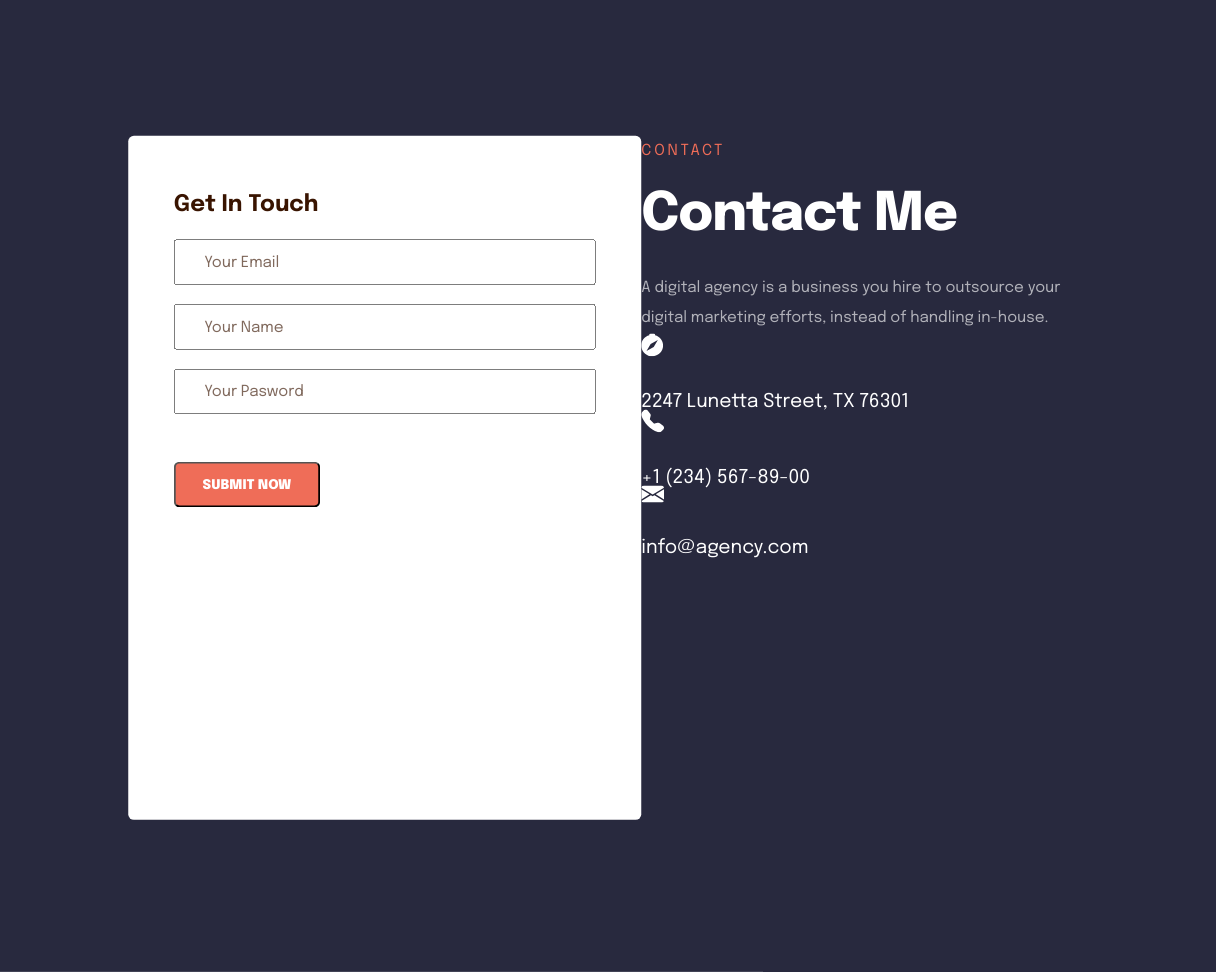
Repository: MehdiKerimov/Figma-Task-14
Page: index.html
These files come from the project's save history. The page is drawn as it stood at one moment and after a run of saves; the edit follows.
The browser window is 1280 px wide. The pictures show the whole page, at 95% of full size.

Above is the page before, as saved 2023-10-07 15:27:49.

### index.html
<!DOCTYPE html>
<html lang="en">
  <head>
    <meta charset="UTF-8" />
    <meta name="viewport" content="width=device-width, initial-scale=1.0" />
    <title>Document</title>
    <link rel="stylesheet" href="index.css" />
  </head>
  <body>
    <div class="container">
      <div class="box-container">
        <h1>Get In Touch</h1>
        <form action="">
          <label for="">
            <input type="email" placeholder="Your Email" name="" id="" />
          </label>
          <label for="">
            <input type="text" placeholder="Your Name" />
          </label>
          <label for="">
            <input type="password" placeholder="Your Pasword" />
          </label>
        </form>
        <button><a href="#">Submit Now</a></button>
      </div>

      <div class="text-box">
        <h1>Contact</h1>
        <h2>Contact Me</h2>
        <p>
          A digital agency is a business you hire to outsource your digital
          marketing efforts, instead of handling in-house.
        </p>

        <div class="box">
          <div class="circle">
            <svg
              xmlns="http://www.w3.org/2000/svg"
              width="23"
              height="24"
              viewBox="0 0 23 24"
              fill="none"
            >
              <path
                fill-rule="evenodd"
                clip-rule="evenodd"
                d="M12.5128 23.9559C18.4476 23.4434 22.9991 18.5852 23 12.7619C22.9992 7.68681 19.5202 3.24133 14.5089 1.91219C14.6419 1.45966 14.5495 0.972375 14.2595 0.596433C13.9696 0.220491 13.5157 -0.000396111 13.034 0H9.9675C9.4858 -0.000396111 9.03192 0.220491 8.74193 0.596433C8.45195 0.972375 8.35958 1.45966 8.49253 1.91219C2.74205 3.43556 -0.865618 8.99957 0.179927 14.7325C1.22547 20.4654 6.57793 24.4683 12.5128 23.9559ZM17.4618 6.91176L17.465 6.90994L17.462 6.91144L17.4618 6.91176ZM17.4618 6.91176L9.87551 11.1479L5.53646 18.5674L13.126 14.3294L17.4618 6.91176Z"
                fill="white"
              />
            </svg>
            <p>2247 Lunetta Street, TX 76301</p>
          </div>

          <div class="circle">
            <svg
              xmlns="http://www.w3.org/2000/svg"
              width="24"
              height="24"
              viewBox="0 0 24 24"
              fill="none"
            >
              <path
                fill-rule="evenodd"
                clip-rule="evenodd"
                d="M2.82812 0.765296C3.35902 0.235151 4.09188 -0.0416708 4.84066 0.0050961C5.58945 0.051863 6.28217 0.417722 6.743 1.00981L9.43541 4.46897C9.92889 5.10349 10.1029 5.93003 9.9079 6.71007L9.08742 9.99522C9.00114 10.3413 9.10245 10.7073 9.35441 10.9598L13.0398 14.6454C13.2925 14.8979 13.6592 14.9993 14.0058 14.9124L17.2892 14.0919C18.0691 13.8969 18.8953 14.0711 19.5301 14.5644L22.989 17.2555C24.2324 18.2231 24.3464 20.0607 23.2335 21.1722L21.6825 22.7233C20.5726 23.8333 18.9136 24.3209 17.3672 23.7763C13.4091 22.3836 9.81531 20.1174 6.85249 17.146C3.88152 14.1834 1.61557 10.5899 0.222699 6.63206C-0.320284 5.08699 0.167201 3.42642 1.27717 2.31637L2.82812 0.765296Z"
                fill="white"
              />
            </svg>
            <p>+1 (234) 567-89-00</p>
          </div>
          <div class="circle">
            <svg
              xmlns="http://www.w3.org/2000/svg"
              width="24"
              height="18"
              viewBox="0 0 24 18"
              fill="none"
            >
              <path
                fill-rule="evenodd"
                clip-rule="evenodd"
                d="M3 0C1.60024 -9.42171e-05 0.386447 0.967828 0.075 2.3325L12 9.621L23.925 2.3325C23.6136 0.967828 22.3998 -9.42171e-05 21 0H3ZM0 14.7015V4.0455L8.7045 9.3645L0 14.7015ZM10.1415 10.245L0.2865 16.2855C0.78351 17.3335 1.84012 18.0011 3 18H21C22.1597 18.0003 23.2157 17.3321 23.712 16.284L13.857 10.2435L12 11.379L10.1415 10.2435V10.245ZM24 14.7015L15.2955 9.366V9.3645L24 4.0455V14.7015Z"
                fill="white"
              />
            </svg>
            <p>info@agency.com</p>
          </div>
        </div>
      </div>
    </div>
  </body>
</html>

### index.css
@import url("https://fonts.googleapis.com/css2?family=Epilogue:wght@400;700;800;900&display=swap");
* {
  padding: 0;
  margin: 0;
  box-sizing: border-box;
}
.container {
  background-color: #28293e;
  min-height: 100vh;
  padding: 143px 135px 160px 135px;
  display: flex;
  justify-content: space-between;
}
.container .box-container {
  padding: 57px 48px 48px 48px;
  width: 570px;
  border-radius: 6px;
  background: #fff;
}
.container .box-container h1 {
  color: var(--Text_Dark, #391400);
  font-feature-settings: "clig" off, "liga" off;
  font-family: Epilogue;
  font-size: 24px;
  font-style: normal;
  font-weight: 700;
  line-height: 32px;
}
form {
  display: flex;
  flex-direction: column;
  align-items: center;
}
label {
  width: 100%;
  margin-top: 20px;
}
input {
  padding-left: 30px;
  padding-right: 30px;

  width: 100%;
  height: 48px;
}
input::placeholder {
  color: var(--Text_Dark_Gray, rgba(57, 20, 0, 0.64));
  font-feature-settings: "clig" off, "liga" off;
  font-family: Epilogue;
  font-size: 16px;
  font-style: normal;
  font-weight: 400;
  line-height: 32px;
}
.container .box-container button {
  margin-top: 50px;
  width: 154px;
  height: 48px;
  border-radius: 6px;
  background: #ef6d58;
}
.container .box-container button a {
  text-decoration: none;
  color: #fff;
  text-align: center;
  font-family: Epilogue;
  font-size: 14px;
  font-style: normal;
  font-weight: 900;
  line-height: normal;
  text-transform: uppercase;
}
.container .text-box {
  min-height: 100vh;
}
.container .text-box h1 {
  width: 86px;
  color: var(--Text_Light_Accent, #ef6d58);
  font-feature-settings: "clig" off, "liga" off;
  font-family: Epilogue;
  font-size: 16px;
  font-style: normal;
  font-weight: 400;
  line-height: 32px;
  letter-spacing: 3px;
  text-transform: uppercase;
}
.container .text-box h2 {
  margin-top: 20px;
  color: var(--Text_Light, #fff);
  font-feature-settings: "clig" off, "liga" off;
  font-family: Epilogue;
  font-size: 56px;
  font-style: normal;
  font-weight: 800;
  line-height: 64px;
  letter-spacing: -1px;
}
.container .text-box p {
  margin-top: 28px;
  width: 470px;
  color: var(--Text_Light_Gray, rgba(255, 255, 255, 0.64));
  font-feature-settings: "clig" off, "liga" off;
  font-family: Epilogue;
  font-size: 16px;
  font-style: normal;
  font-weight: 400;
  line-height: 32px;
}
.container .box p {
  color: var(--Text_Light, #fff);
  font-feature-settings: "clig" off, "liga" off;
  font-family: Epilogue;
  font-size: 20px;
  font-style: normal;
  font-weight: 400;
  line-height: 32px;
}
.container .circle {
  width: 80px;
  height: 80px;
  border-radius: 50%;
}
.container {
}

After the next 2 saves:
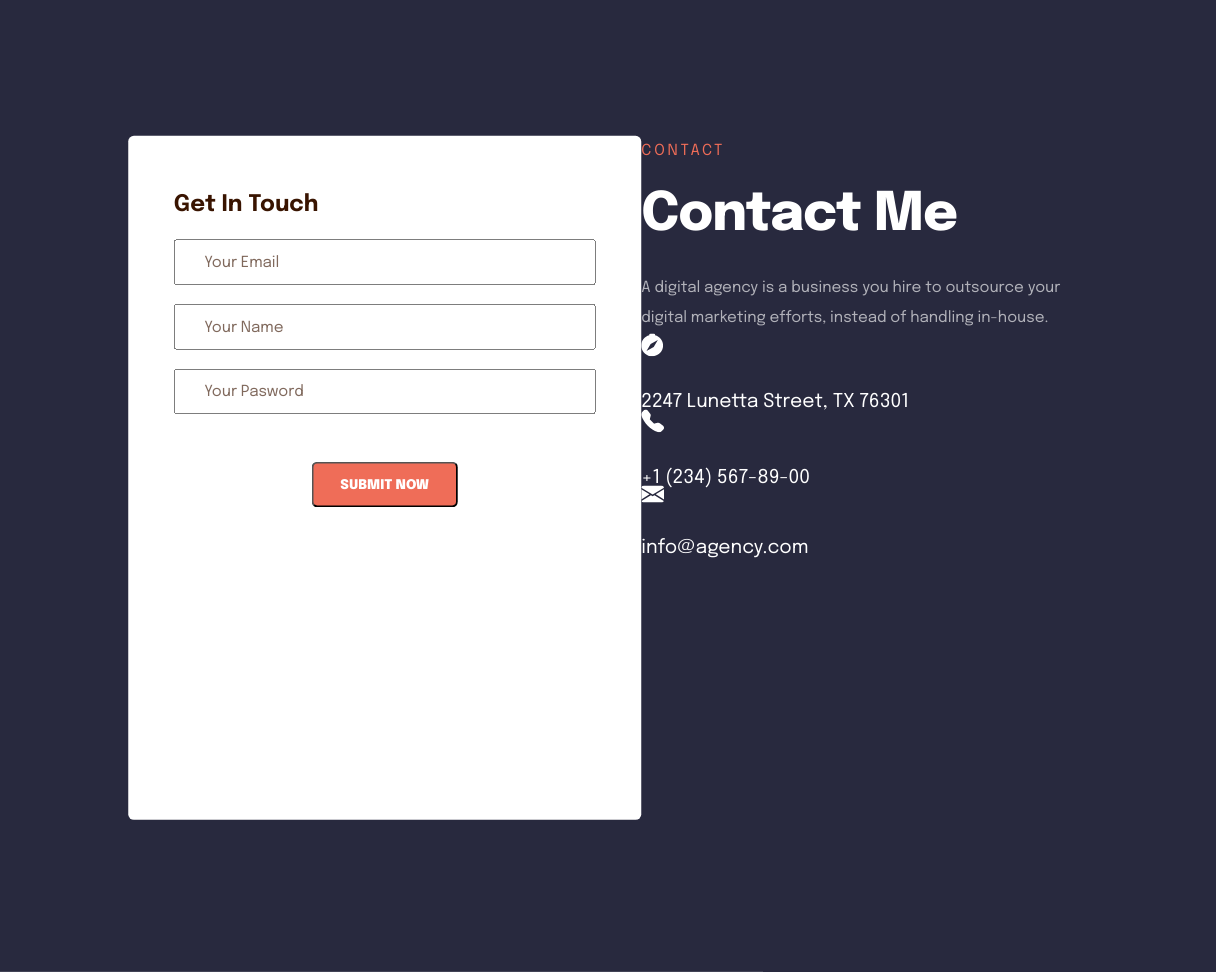
The 2 saves are shown as one change because they came seconds apart.
The last was saved 38 s later.
--- a/index.html
+++ b/index.html
@@ -20,8 +20,9 @@
           <label for="">
             <input type="password" placeholder="Your Pasword" />
           </label>
+          <button><a href="#">Submit Now</a></button>
+
         </form>
-        <button><a href="#">Submit Now</a></button>
       </div>
 
       <div class="text-box">
